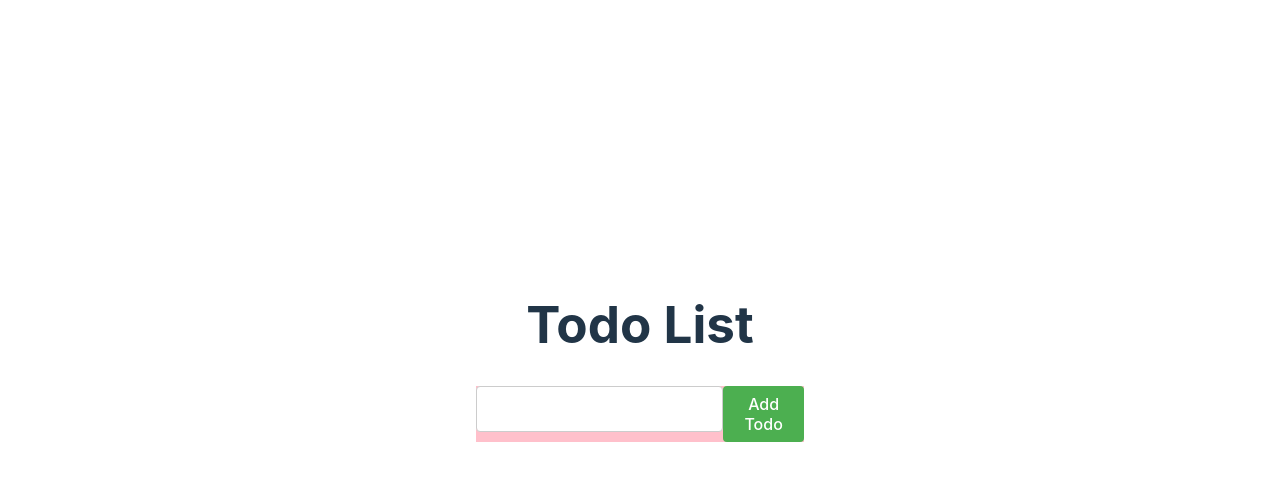
Repository: sinchana-p-iVoyant/mobx-todo
Page: /
The author's editor kept a copy of each file at every save. The page is drawn from the files as they stood at one save, then again after a run of saves.
The browser window is 1280 px wide. The pictures show the whole page.
The project was rebuilt for these pictures with package versions that can differ from the ones it lists, and the page was loaded fresh each time. Also part of the build but not shown: vite.config.js.

Above is the page before, as saved 2024-03-07 02:21:17.

After the next 2 saves:
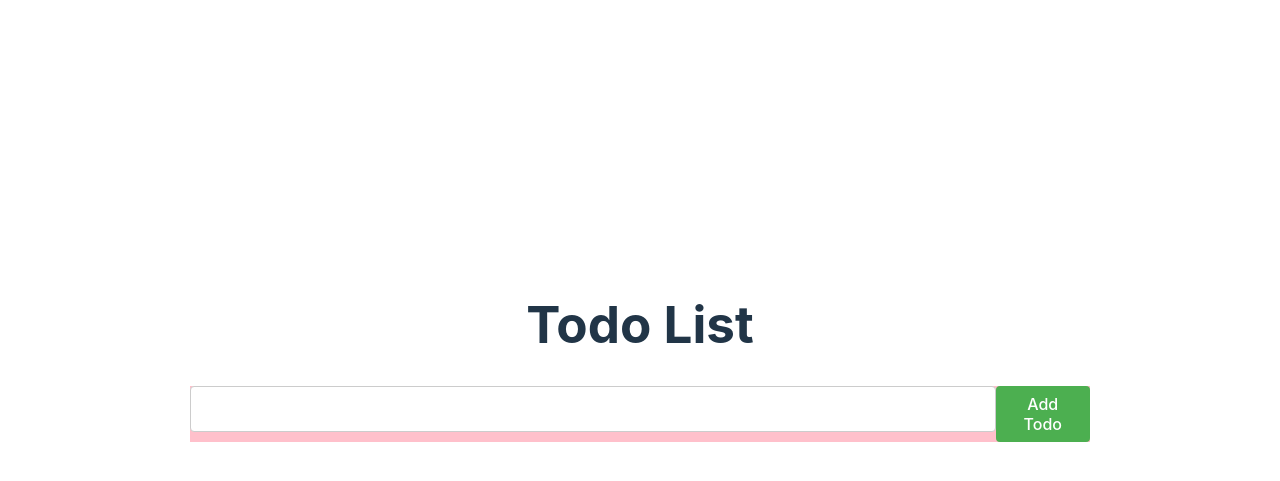
The 2 saves are shown as one change because they came seconds apart.
The last was saved 10 s later.
--- a/src/TodoList.css
+++ b/src/TodoList.css
@@ -1,7 +1,7 @@
 /* TodoList.css */
 
 .todo-list-container {
-    max-width: 900px;
+    width: 900px;
     margin: 0 auto;
     background-color: pink;
   }
